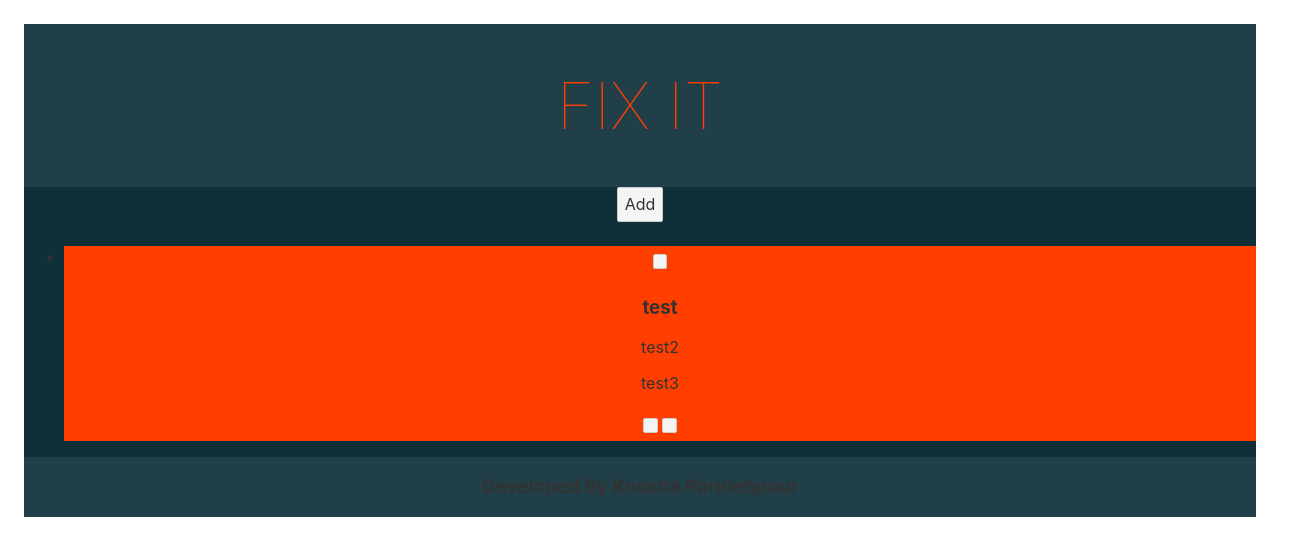
Repository: KooshaPari/fixit-go
Page: / (app in frontend/)
An editor plug-in stored every save of this project. The page is shown before and after a run of saves, followed by the edit.
The browser window is 1280 px wide. The page is 1280 px wide, then 1304 px, so the pictures cover 1304 px, including what lies to the right of the window. The pictures show the whole page.
The project was rebuilt for these pictures with package versions that can differ from the ones it lists, and the page was loaded fresh each time.

Above is the page before, as saved 2024-09-23 20:40:14.

After the next 7 saves:
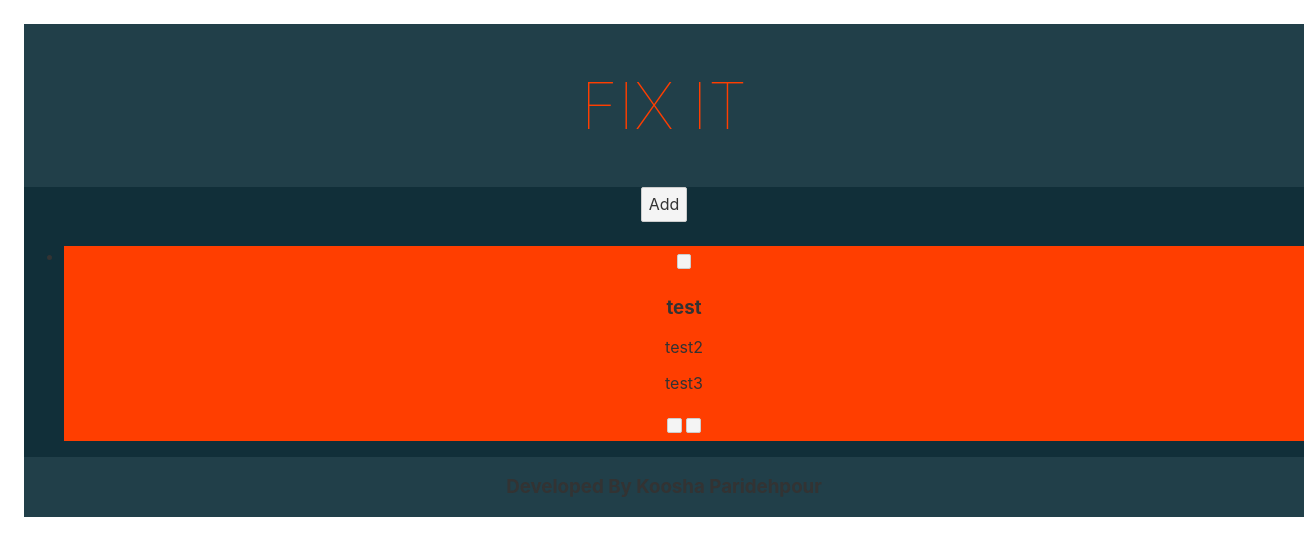
The 7 saves are shown as one change because 3 did not build or start and some came seconds apart.
The last was saved 2 min 14 s later.
--- a/frontend/src/App.svelte
+++ b/frontend/src/App.svelte
@@ -103,8 +103,8 @@
 
 	}
 	#parent{
-		width:100%;
-
+		width:100vw;
+		height: 100%;
 		display:flex;
 		flex-direction: column;
 		background-color: #112F39
@@ -115,5 +115,8 @@
 	#header{
 
 	}
+	body {
+  background-color: #112F39; /* replace with your desired color */
+}
 
 </style>
